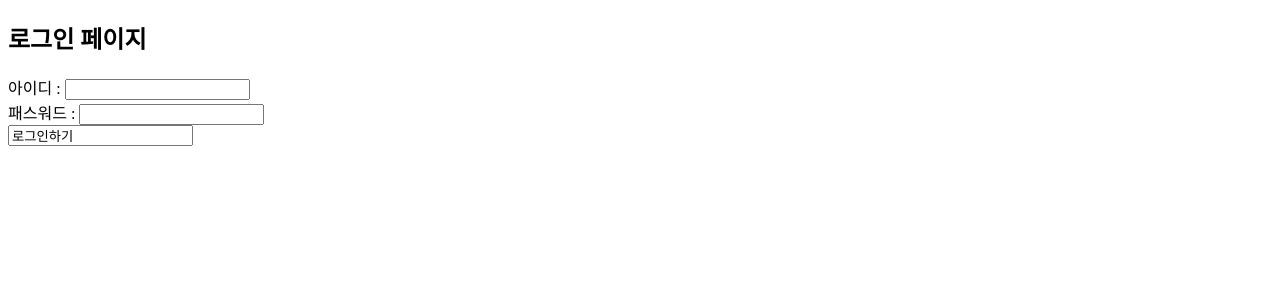
Repository: bluelessman/JSPServlet
Page: http://localhost/ServletStudy/06Session/LoginForm.jsp
These files come from the project's save history. The page is drawn as it stood at one moment and after the next save; the edit follows.
The browser window is 1280 px wide. The pictures show the whole page.
The page is served by Tomcat 10.

Above is the page before, as saved 2023-12-14 05:28:38.

After the next save:
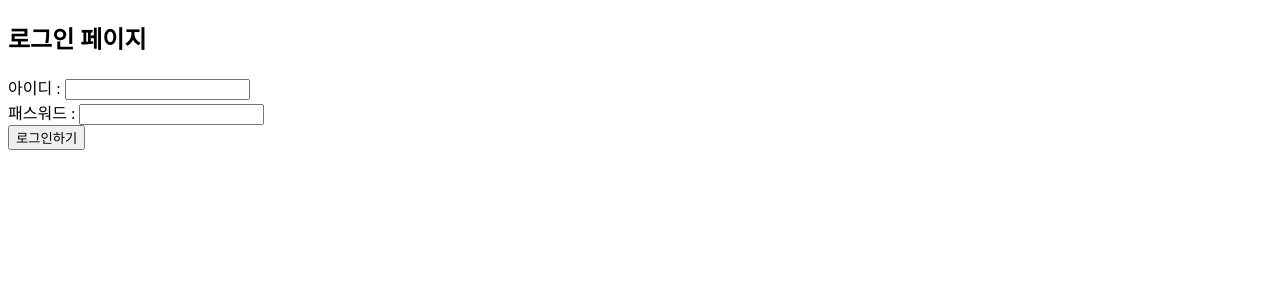
Saved 5 s later.
--- a/ServletStudy/src/main/webapp/06Session/LoginForm.jsp
+++ b/ServletStudy/src/main/webapp/06Session/LoginForm.jsp
@@ -29,7 +29,7 @@
 	onsubmit="return validateFrom(this);">
 	아이디 : <input type="text" name="user_id"/><br/>
 	패스워드 : <input type="password" name="user_pw"/><br/>
-	<input type-"submit" value="로그인하기"/>
+	<input type="submit" value="로그인하기"/>
 	</form>
 	<%
 	}else{
